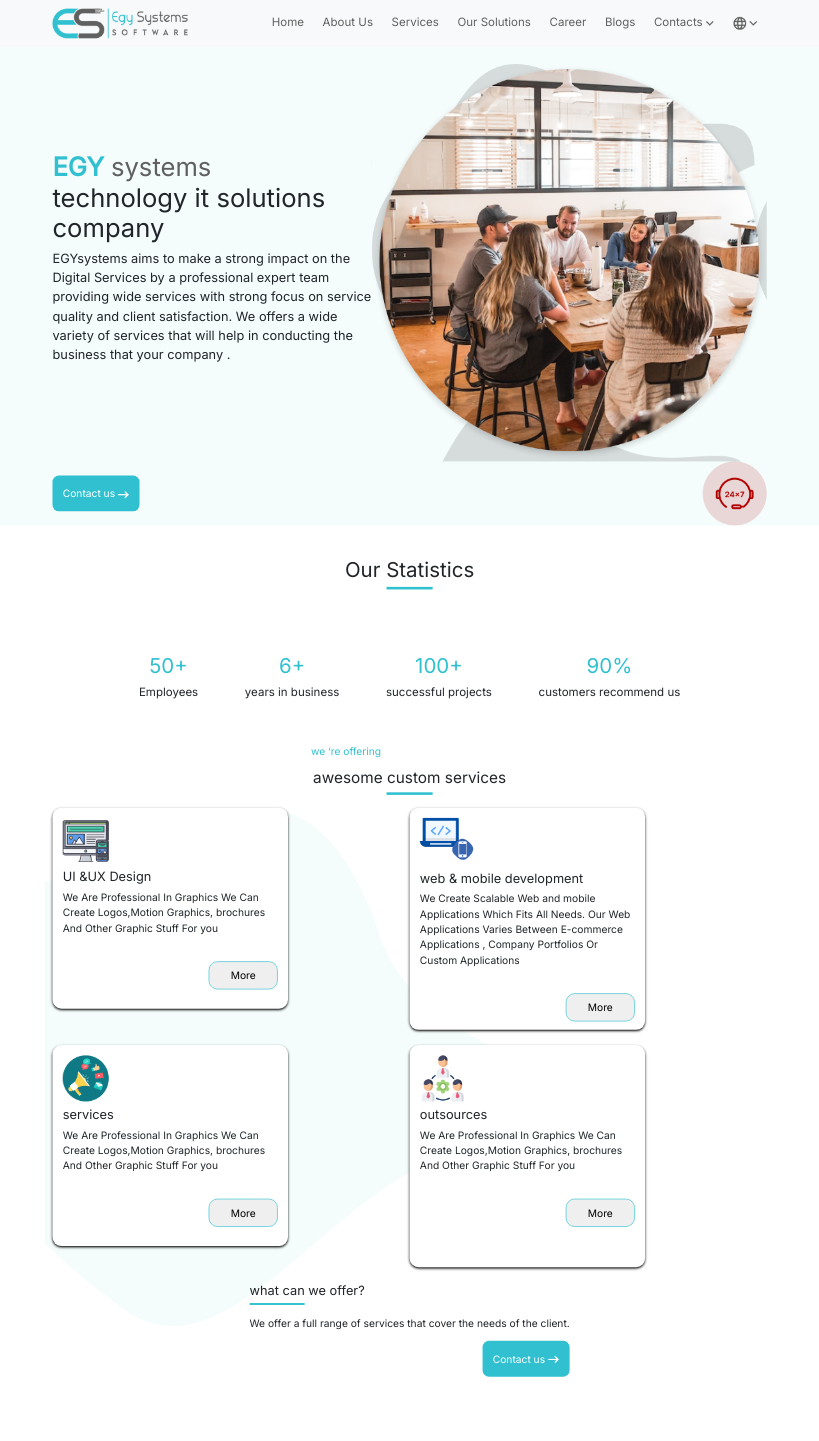
Repository: hamdyAbdelazeim/Egysystem-Home
Page: index.html
These files come from the project's save history. The page is drawn as it stood at one moment and after the next save; the edit follows.
The browser window is 1280 px wide. The pictures show the whole page, at 64% of full size.

Above is the page before, as saved 2023-07-13 13:11:07.

After the next save:
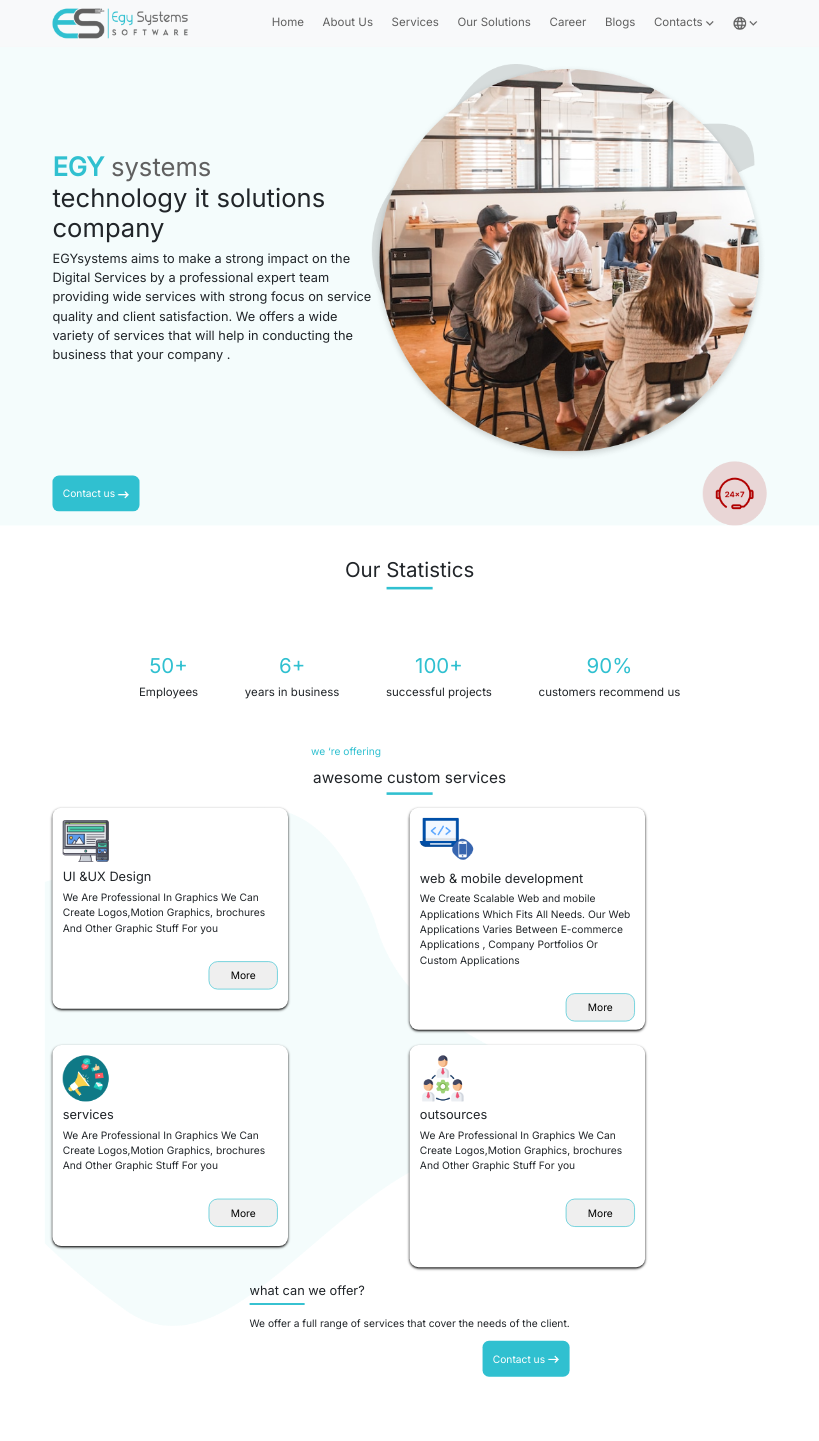
Saved 5 s later.
--- a/css/style.css
+++ b/css/style.css
@@ -58,7 +58,7 @@ body {
 }
 .Home-img {
   background-image: url('/assets/Ellipse\ 36.png');
-  background-repeat: ;
+  background-repeat: no-repeat;
 }
 .Egy {
   color: var(--primary);
